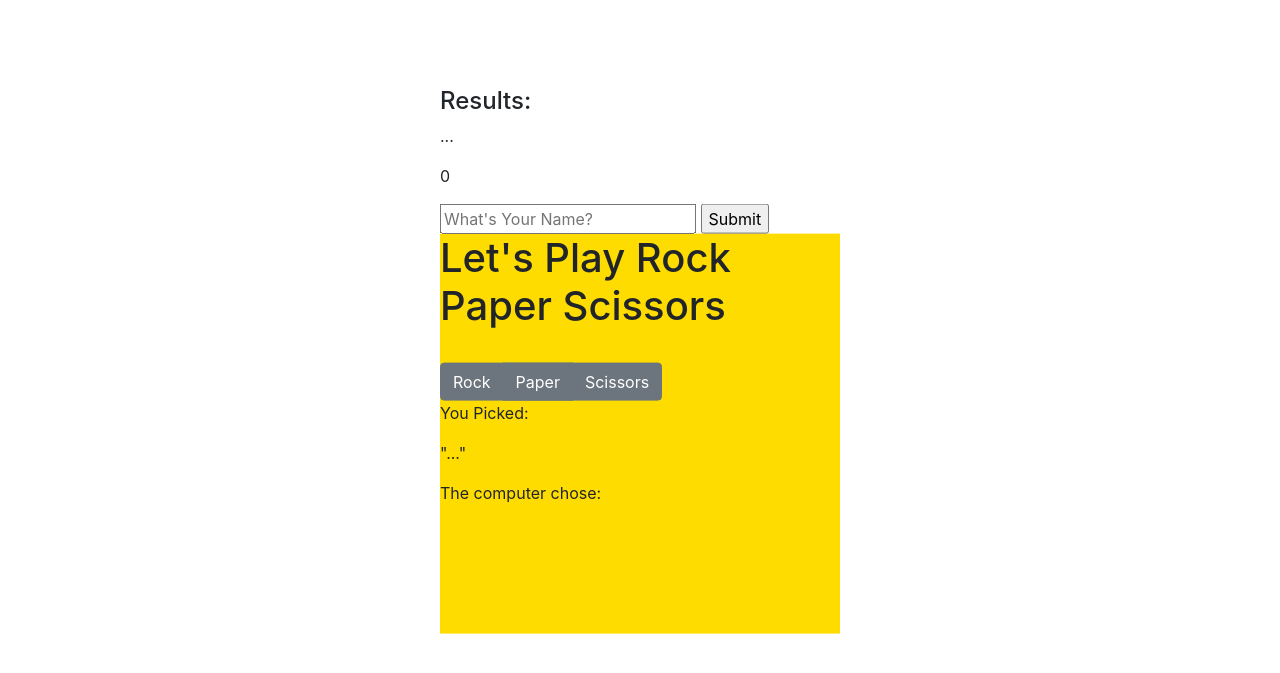
Repository: mskurnickcode/coupleDo
Page: http://localhost/
The author's editor kept a record of every edit. The page is drawn from the files as they stood at one moment, then again after the next edit.
The browser window is 1280 px wide. The pictures show the whole page.
The page is served by the project's application, run on Flask 3 (Rock/application.py).

Above is the page before.

After the next edit:
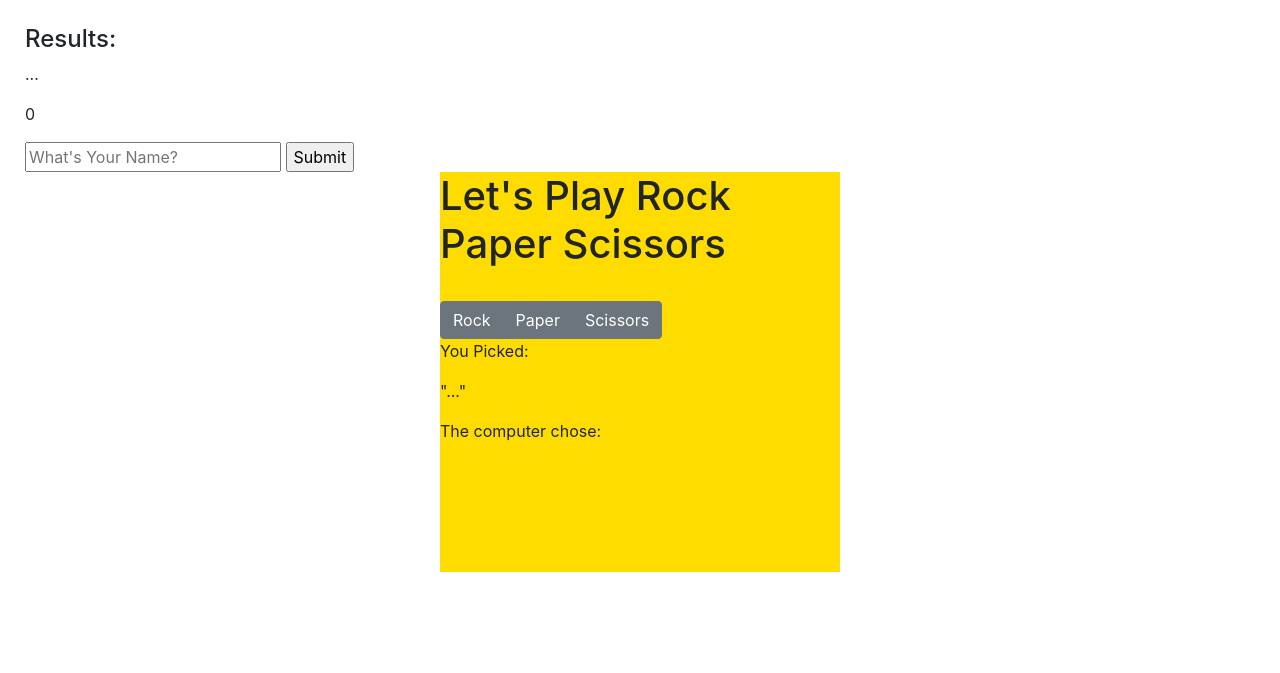
The edit:
--- a/ubuntu/Rock/static/css_image/styles.css
+++ b/ubuntu/Rock/static/css_image/styles.css
@@ -3,12 +3,7 @@
 }
 
 body {
-    margin: 0;
-    position: absolute;
-    top: 50%;
-    left: 50%;
-    margin-right: -50%;
-    transform: translate(-50%, -50%);
+padding: 25px;
 }
 
 .center {
